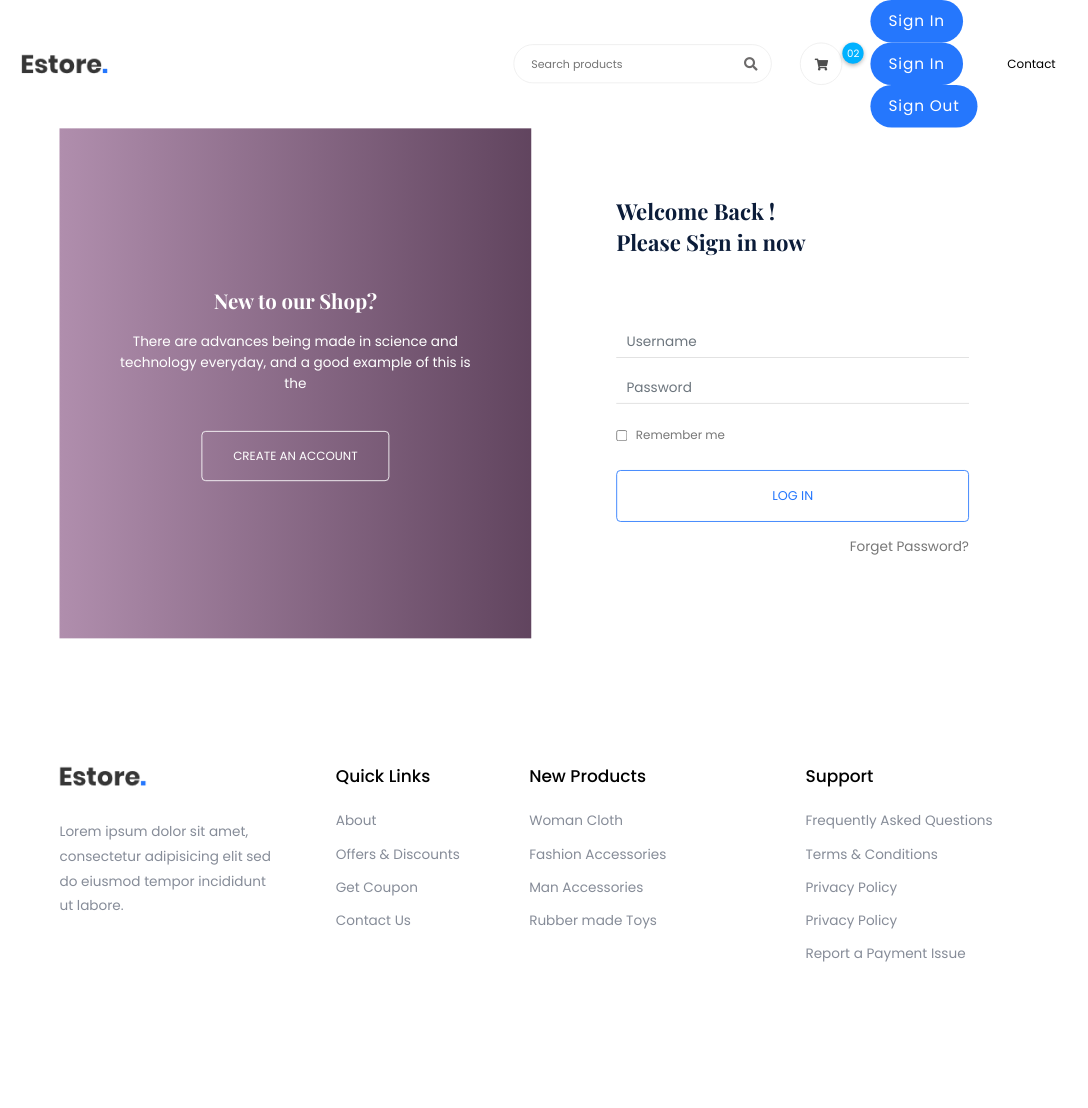
Repository: tuanloc782004/Estore-Bookshop-Website
Page: http://localhost/auth/login
The author's editor kept a copy of each file at every save. The page is drawn from the files as they stood at one save, then again after the next save.
The browser window is 1280 px wide. The pictures show the whole page, at 85% of full size.
Some web fonts or font styles are not loaded; a fallback is used. The page is this project's Thymeleaf template; nobody is signed in. Other server files are loaded and not shown. The template is opened directly, without the code that normally fills it, so the values that code supplies are empty.

Above is the page before, as saved 2024-10-26 11:54:53.

### myscp/src/main/resources/templates/auth/login.html
<!doctype html>
<html lang="zxx" xmlns:th="http://www.thymeleaf.org"
	xmlns:sec="https://www.thymeleaf.org/extras/spring-security6">

<head th:replace="user/layout/head::head"></head>

<body>

	<div th:replace="user/layout/preloader-start::preloader-start"></div>

	<header th:replace="user/layout/header::header"></header>

	<!--================login_part Area =================-->
	<section class="login_part">
		<div class="container">
			<div class="row align-items-center">
				<div class="col-lg-6 col-md-6">
					<div class="login_part_text text-center">
						<div class="login_part_text_iner">
							<h2>New to our Shop?</h2>
							<p>There are advances being made in science and technology
								everyday, and a good example of this is the</p>
							<a href="#" class="btn_3">Create an Account</a>
						</div>
					</div>
				</div>
				<div class="col-lg-6 col-md-6">
					<div class="login_part_form">
						<div class="login_part_form_iner">
							<div th:if="${param.error}">Invalid username and password.
							</div>
							<div th:if="${param.logout}">You have been logged out.</div>
							<h3>
								Welcome Back ! <br> Please Sign in now
							</h3>
							<form class="row contact_form" th:action="@{/login}"
								method="post" novalidate="novalidate">
								<div class="col-md-12 form-group p_star">
									<input type="text" class="form-control" id="name"
										name="username" value="" placeholder="Username">
								</div>
								<div class="col-md-12 form-group p_star">
									<input type="password" class="form-control" id="password"
										name="password" value="" placeholder="Password">
								</div>
								<div class="col-md-12 form-group">
									<div class="creat_account d-flex align-items-center">
										<input type="checkbox" id="f-option" name="selector">
										<label for="f-option">Remember me</label>
									</div>
									<button type="submit" value="submit" class="btn_3">
										log in</button>
									<a class="lost_pass" href="#">forget password?</a>
								</div>
							</form>
						</div>
					</div>
				</div>
			</div>
		</div>
	</section>
	<!--================login_part end =================-->

	<footer th:replace="user/layout/footer::footer"></footer>

	<div th:replace="user/layout/script::script"></div>

</body>

</html>

### myscp/src/main/resources/templates/user/layout/head.html
<head th:fragment="head">
<meta charset="utf-8">
<meta http-equiv="x-ua-compatible" content="ie=edge">
<title>Estore</title>
<meta name="description" content="">
<meta name="viewport" content="width=device-width, initial-scale=1">
<link rel="manifest" href="site.webmanifest">
<link rel="shortcut icon" type="image/x-icon"
	th:href="@{/assets/img/favicon.ico}">

<!-- CSS here -->
<link rel="stylesheet" th:href="@{/assets/css/bootstrap.min.css}">
<link rel="stylesheet" th:href="@{/assets/css/owl.carousel.min.css}">
<link rel="stylesheet" th:href="@{/assets/css/flaticon.css}">
<link rel="stylesheet" th:href="@{/assets/css/slicknav.css}">
<link rel="stylesheet" th:href="@{/assets/css/animate.min.css}">
<link rel="stylesheet" th:href="@{/assets/css/magnific-popup.css}">
<link rel="stylesheet" th:href="@{/assets/css/fontawesome-all.min.css}">
<link rel="stylesheet" th:href="@{/assets/css/themify-icons.css}">
<link rel="stylesheet" th:href="@{/assets/css/slick.css}">
<link rel="stylesheet" th:href="@{/assets/css/nice-select.css}">
<link rel="stylesheet" th:href="@{/assets/css/style.css}">
</head>

### myscp/src/main/resources/templates/user/layout/preloader-start.html
<!-- Preloader Start -->
<div id="preloader-active" th:fragment="preloader-start">
	<div class="preloader d-flex align-items-center justify-content-center">
		<div class="preloader-inner position-relative">
			<div class="preloader-circle"></div>
			<div class="preloader-img pere-text">
				<img th:src="@{/assets/img/logo/logo.png}" alt="">
			</div>
		</div>
	</div>
</div>
<!-- Preloader Start -->

### myscp/src/main/resources/templates/user/layout/header.html
<header th:fragment="header">
	<!-- Header Start -->
	<div class="header-area">
		<div class="main-header ">
			<div class="header-bottom  header-sticky">
				<div class="container-fluid">
					<div class="row align-items-center">
						<!-- Logo -->
						<div class="col-xl-1 col-lg-1 col-md-1 col-sm-3">
							<div class="logo">
								<a th:href="@{/}"><img th:src="@{/assets/img/logo/logo.png}"
									alt=""></a>
							</div>
						</div>
						<div class="col-xl-10 col-lg-10 col-md-10 col-sm-6">
							<ul
								class="header-right f-right d-flex justify-content-between align-items-center">
								<li class="d-none d-xl-block">
									<div class="form-box f-right ">
										<input type="text" name="Search" placeholder="Search products">
										<div class="search-icon">
											<i class="fas fa-search special-tag"></i>
										</div>
									</div>
								</li>
								<li>
									<div class="shopping-card">
										<a href="cart.html"><i class="fas fa-shopping-cart"></i></a>
									</div>
								</li>
								<li class="d-none d-lg-block"><sec:authorize
										access="isAnonymous()">
										<form th:action="@{/login}" method="get">
											<input type="submit" value="Sign In" class="btn header-btn"/>
										</form>
										<a th:href="@{/login}" class="btn header-btn">Sign in</a>
									</sec:authorize> <sec:authorize access="isAuthenticated()">
										<form th:action="@{/logout}" method="post">
											<input type="submit" value="Sign Out" class="btn header-btn"/>
										</form>
									</sec:authorize></li>
							</ul>
						</div>


						<div class="col-xl-1 col-lg-1 col-md-1 col-sm-3">
							<!-- Main-menu -->
							<div class="main-menu f-right d-none d-lg-block">
								<nav>
									<ul id="navigation">
										<li><a href="contact.html">Contact</a></li>
									</ul>
								</nav>
							</div>
						</div>
						<!-- Mobile Menu -->
						<div class="col-12">
							<div class="mobile_menu d-block d-lg-none"></div>
						</div>
					</div>
				</div>
			</div>
		</div>
	</div>
	<!-- Header End -->
</header>

### myscp/src/main/resources/templates/user/layout/footer.html
<footer th:fragment="footer">

	<!-- Footer Start-->
	<div class="footer-area footer-padding">
		<div class="container">
			<div class="row d-flex justify-content-between">
				<div class="col-xl-3 col-lg-3 col-md-5 col-sm-6">
					<div class="single-footer-caption mb-50">
						<div class="single-footer-caption mb-30">
							<!-- logo -->
							<div class="footer-logo">
								<a href="index.html"><img
									th:src="@{/assets/img/logo/logo2_footer.png}" alt=""></a>
							</div>
							<div class="footer-tittle">
								<div class="footer-pera">
									<p>Lorem ipsum dolor sit amet, consectetur adipisicing elit
										sed do eiusmod tempor incididunt ut labore.</p>
								</div>
							</div>
						</div>
					</div>
				</div>
				<div class="col-xl-2 col-lg-3 col-md-3 col-sm-5">
					<div class="single-footer-caption mb-50">
						<div class="footer-tittle">
							<h4>Quick Links</h4>
							<ul>
								<li><a href="#">About</a></li>
								<li><a href="#"> Offers & Discounts</a></li>
								<li><a href="#"> Get Coupon</a></li>
								<li><a href="#"> Contact Us</a></li>
							</ul>
						</div>
					</div>
				</div>
				<div class="col-xl-3 col-lg-3 col-md-4 col-sm-7">
					<div class="single-footer-caption mb-50">
						<div class="footer-tittle">
							<h4>New Products</h4>
							<ul>
								<li><a href="#">Woman Cloth</a></li>
								<li><a href="#">Fashion Accessories</a></li>
								<li><a href="#"> Man Accessories</a></li>
								<li><a href="#"> Rubber made Toys</a></li>
							</ul>
						</div>
					</div>
				</div>
				<div class="col-xl-3 col-lg-3 col-md-5 col-sm-7">
					<div class="single-footer-caption mb-50">
						<div class="footer-tittle">
							<h4>Support</h4>
							<ul>
								<li><a href="#">Frequently Asked Questions</a></li>
								<li><a href="#">Terms & Conditions</a></li>
								<li><a href="#">Privacy Policy</a></li>
								<li><a href="#">Privacy Policy</a></li>
								<li><a href="#">Report a Payment Issue</a></li>
							</ul>
						</div>
					</div>
				</div>
			</div>
		</div>
	</div>
	<!-- Footer End-->

</footer>

### myscp/src/main/resources/templates/user/layout/script.html
<div th:fragment="script">
	<!-- JS here -->

	<!-- All JS Custom Plugins Link Here here -->
	<script th:src="@{/assets/js/vendor/modernizr-3.5.0.min.js}"></script>
	<!-- Jquery, Popper, Bootstrap -->
	<script th:src="@{/assets/js/vendor/jquery-1.12.4.min.js}"></script>
	<script th:src="@{/assets/js/popper.min.js}"></script>
	<script th:src="@{/assets/js/bootstrap.min.js}"></script>
	<!-- Jquery Mobile Menu -->
	<script th:src="@{/assets/js/jquery.slicknav.min.js}"></script>

	<!-- Jquery Slick , Owl-Carousel Plugins -->
	<script th:src="@{/assets/js/owl.carousel.min.js}"></script>
	<script th:src="@{/assets/js/slick.min.js}"></script>

	<!-- One Page, Animated-HeadLin -->
	<script th:src="@{/assets/js/wow.min.js}"></script>
	<script th:src="@{/assets/js/animated.headline.js}"></script>
	<script th:src="@{/assets/js/jquery.magnific-popup.js}"></script>

	<!-- Scrollup, nice-select, sticky -->
	<script th:src="@{/assets/js/jquery.scrollUp.min.js}"></script>
	<script th:src="@{/assets/js/jquery.nice-select.min.js}"></script>
	<script th:src="@{/assets/js/jquery.sticky.js}"></script>
	<script src="./assets/js/jquery.magnific-popup.js"></script>

	<!-- contact js -->
	<script th:src="@{/assets/js/contact.js}"></script>
	<script th:src="@{/assets/js/jquery.form.js}"></script>
	<script th:src="@{/assets/js/jquery.validate.min.js}"></script>
	<script th:src="@{/assets/js/mail-script.js}"></script>
	<script th:src="@{/assets/js/jquery.ajaxchimp.min.js}"></script>

	<!-- Jquery Plugins, main Jquery -->
	<script th:src="@{/assets/js/plugins.js}"></script>
	<script th:src="@{/assets/js/main.js}"></script>
</div>

### myscp/src/main/resources/static/assets/js/contact.js
$(document).ready(function(){

    (function($) {
        "use strict";


    jQuery.validator.addMethod('answercheck', function (value, element) {
        return this.optional(element) || /^\bcat\b$/.test(value)
    }, "type the correct answer -_-");

    // validate contactForm form
    $(function() {
        $('#contactForm').validate({
            rules: {
                name: {
                    required: true,
                    minlength: 2
                },
                subject: {
                    required: true,
                    minlength: 4
                },
                number: {
                    required: true,
                    minlength: 5
                },
                email: {
                    required: true,
                    email: true
                },
                message: {
                    required: true,
                    minlength: 20
                }
            },
            messages: {
                name: {
                    required: "come on, you have a name, don't you?",
                    minlength: "your name must consist of at least 2 characters"
                },
                subject: {
                    required: "come on, you have a subject, don't you?",
                    minlength: "your subject must consist of at least 4 characters"
                },
                number: {
                    required: "come on, you have a number, don't you?",
                    minlength: "your Number must consist of at least 5 characters"
                },
                email: {
                    required: "no email, no message"
                },
                message: {
                    required: "um...yea, you have to write something to send this form.",
                    minlength: "thats all? really?"
                }
            },
            submitHandler: function(form) {
                $(form).ajaxSubmit({
                    type:"POST",
                    data: $(form).serialize(),
                    url:"contact_process.php",
                    success: function() {
                        $('#contactForm :input').attr('disabled', 'disabled');
                        $('#contactForm').fadeTo( "slow", 1, function() {
                            $(this).find(':input').attr('disabled', 'disabled');
                            $(this).find('label').css('cursor','default');
                            $('#success').fadeIn()
                            $('.modal').modal('hide');
		                	$('#success').modal('show');
                        })
                    },
                    error: function() {
                        $('#contactForm').fadeTo( "slow", 1, function() {
                            $('#error').fadeIn()
                            $('.modal').modal('hide');
		                	$('#error').modal('show');
                        })
                    }
                })
            }
        })
    })

 })(jQuery)
})

### myscp/src/main/resources/static/assets/js/mail-script.js
    // -------   Mail Send ajax

     $(document).ready(function() {
        var form = $('#myForm'); // contact form
        var submit = $('.submit-btn'); // submit button
        var alert = $('.alert-msg'); // alert div for show alert message

        // form submit event
        form.on('submit', function(e) {
            e.preventDefault(); // prevent default form submit

            $.ajax({
                url: 'mail.php', // form action url
                type: 'POST', // form submit method get/post
                dataType: 'html', // request type html/json/xml
                data: form.serialize(), // serialize form data
                beforeSend: function() {
                    alert.fadeOut();
                    submit.html('Sending....'); // change submit button text
                },
                success: function(data) {
                    alert.html(data).fadeIn(); // fade in response data
                    form.trigger('reset'); // reset form
                    submit.attr("style", "display: none !important");; // reset submit button text
                },
                error: function(e) {
                    console.log(e)
                }
            });
        });
    });

### myscp/src/main/resources/static/assets/js/plugins.js
// Avoid `console` errors in browsers that lack a console.
(function() {
    var method;
    var noop = function () {};
    var methods = [
        'assert', 'clear', 'count', 'debug', 'dir', 'dirxml', 'error',
        'exception', 'group', 'groupCollapsed', 'groupEnd', 'info', 'log',
        'markTimeline', 'profile', 'profileEnd', 'table', 'time', 'timeEnd',
        'timeline', 'timelineEnd', 'timeStamp', 'trace', 'warn'
    ];
    var length = methods.length;
    var console = (window.console = window.console || {});

    while (length--) {
        method = methods[length];

        // Only stub undefined methods.
        if (!console[method]) {
            console[method] = noop;
        }
    }
}());

// Place any jQuery/helper plugins in here.

Loaded but not shown: myscp/src/main/resources/static/assets/css/bootstrap.min.css (library); myscp/src/main/resources/static/assets/css/owl.carousel.min.css (common file); myscp/src/main/resources/static/assets/css/flaticon.css (common file); myscp/src/main/resources/static/assets/css/slicknav.css (common file); myscp/src/main/resources/static/assets/css/animate.min.css (library); myscp/src/main/resources/static/assets/css/magnific-popup.css (library); myscp/src/main/resources/static/assets/css/fontawesome-all.min.css (library); myscp/src/main/resources/static/assets/css/themify-icons.css (common file); myscp/src/main/resources/static/assets/css/slick.css (common file); myscp/src/main/resources/static/assets/css/nice-select.css (common file); myscp/src/main/resources/static/assets/css/style.css (library); myscp/src/main/resources/static/assets/js/popper.min.js (library); myscp/src/main/resources/static/assets/js/bootstrap.min.js (library); myscp/src/main/resources/static/assets/js/jquery.slicknav.min.js (library); myscp/src/main/resources/static/assets/js/owl.carousel.min.js (library); myscp/src/main/resources/static/assets/js/slick.min.js (library); myscp/src/main/resources/static/assets/js/wow.min.js (library); myscp/src/main/resources/static/assets/js/animated.headline.js (common file); myscp/src/main/resources/static/assets/js/jquery.magnific-popup.js (library); myscp/src/main/resources/static/assets/js/jquery.scrollUp.min.js (common file); myscp/src/main/resources/static/assets/js/jquery.nice-select.min.js (common file); myscp/src/main/resources/static/assets/js/jquery.sticky.js (library); myscp/src/main/resources/static/assets/js/jquery.form.js (library); myscp/src/main/resources/static/assets/js/jquery.validate.min.js (library); myscp/src/main/resources/static/assets/js/jquery.ajaxchimp.min.js (library); myscp/src/main/resources/static/assets/js/main.js (520 lines, source omitted)

After the next save:
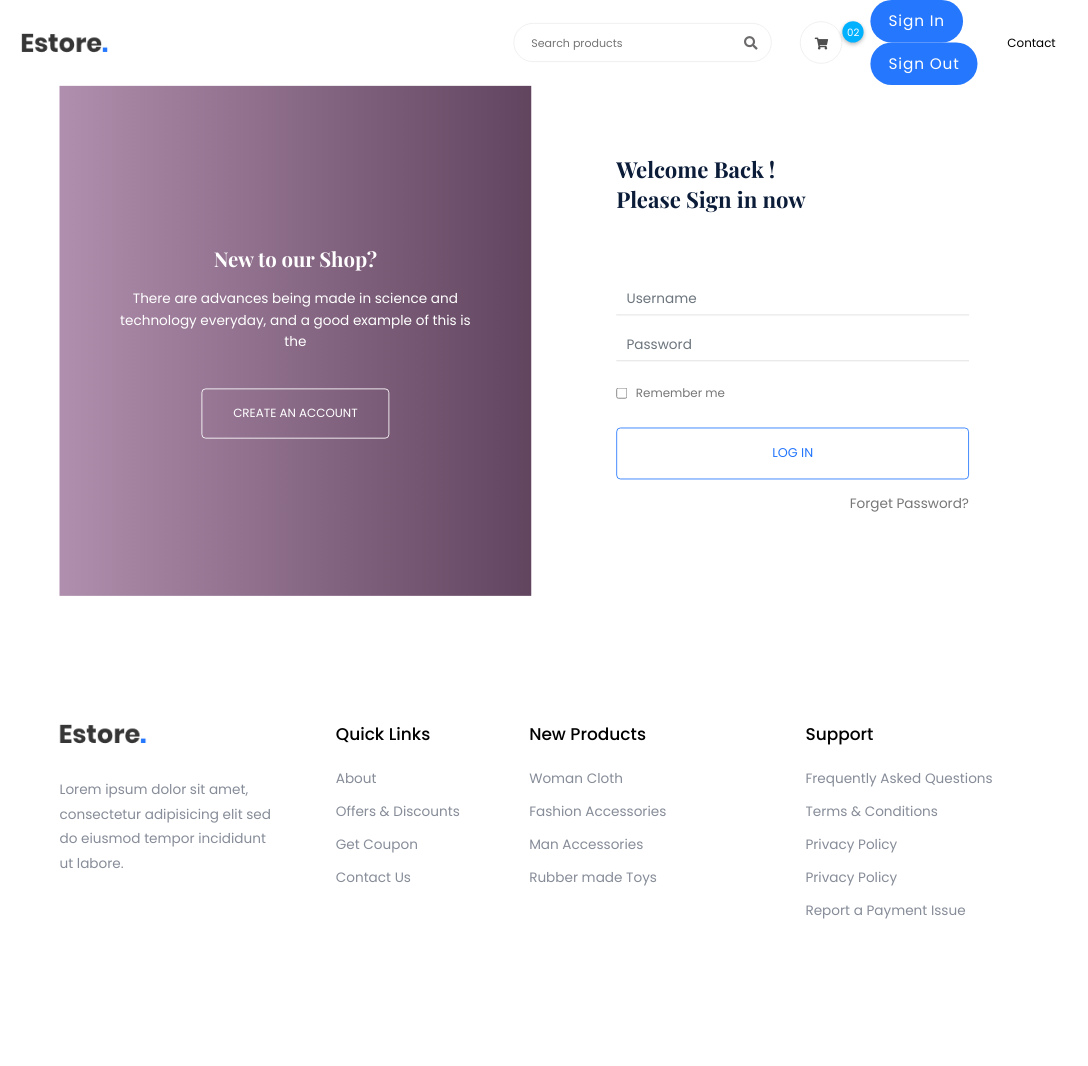
Saved 32 s later.
--- a/myscp/src/main/resources/templates/user/layout/header.html
+++ b/myscp/src/main/resources/templates/user/layout/header.html
@@ -33,7 +33,6 @@
 										<form th:action="@{/login}" method="get">
 											<input type="submit" value="Sign In" class="btn header-btn"/>
 										</form>
-										<a th:href="@{/login}" class="btn header-btn">Sign in</a>
 									</sec:authorize> <sec:authorize access="isAuthenticated()">
 										<form th:action="@{/logout}" method="post">
 											<input type="submit" value="Sign Out" class="btn header-btn"/>
